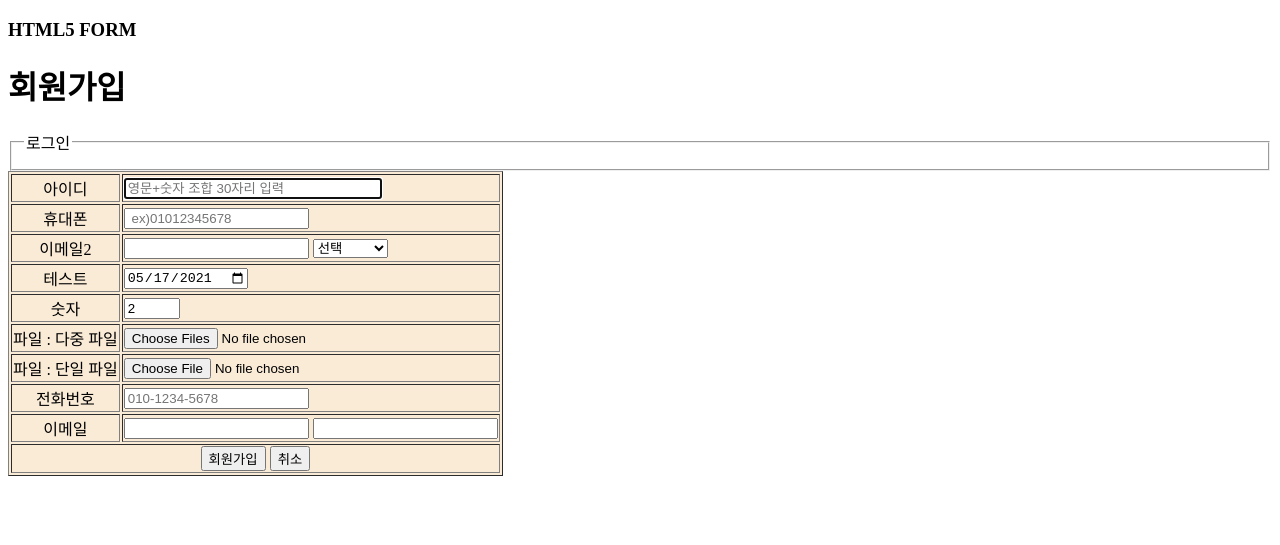
Repository: helloJunejun/WorkSpace_WebUi
Page: 0.3html5_form/src/main/webapp/sample_html5-1.html
An editor plug-in stored every save of this project. The page is shown before and after the next save, followed by the edit.
The browser window is 1280 px wide. The pictures show the whole page.

Above is the page before, as saved 2021-06-24 07:52:40.

### 0.3html5_form/src/main/webapp/sample_html5-1.html
<!DOCTYPE html PUBLIC "-//W3C//DTD HTML 4.01 Transitional//EN" "http://www.w3.org/TR/html4/loose.dtd">
<html>
<head>
<meta http-equiv="Content-Type" content="text/html; charset=UTF-8">
<title>HTML5 FORM 예제</title>
</head>
<body>
   <h3>HTML5 FORM</h3>

   <form action="" method="get">
      <h1>회원가입</h1>


      <table border="1" cellspacing="2px" cellpading="5px" bgcolor="AntiqueWhite">
            <form action = "result.html" method = "post">
            <fieldset>
                <legend>로그인</legend>
                     <!-- 아이디 -->

                     <tr>
                        <td align="center">아이디</td>
                        <td>
                           <input type = "text" name="memberId" autofocus="autofocus" "
                           placeholder="영문+숫자 조합 30자리 입력" style="width:250px"
                           pattern="[A-Za-z0-9]{6,30}">
                        </td>
                     </tr>


                     <tr>
                        <td align="center">휴대폰</td>
                        <td>
                           <input type = "password" name="mobile"  placeholder=" ex)01012345678">
                        </td>
                     </tr>

                       <tr>
                        <td align="center">이메일2</td>
                        <td>
                           <input type = "text" name="email2">

                           <select name = "selectEmail">
                              <option value = "none"> 선택 </option>
                              <option value = "@naver.com"> 네이버 </option>
                              <option value = "@gmail.com"> 구글 </option>
                              <option value = "@daum.net"> 다음 </option>
                              <option value = "userInput"> 직접 입력 </option>
                           </select>
                        </td>
                     </tr>

                     <tr>
                        <td align="center">테스트 </td>
                        <td>
                           <input type = "date" name="date" " value="2021-05-17" >
                        </td>
                     </tr>


                     <tr>
                        <td align="center">숫자 </td>
                        <td>
                           <input type = "number" name="date" value="2"  min="2" max="10" step="2">
                        </td>
                     </tr>

                     <tr>
                        <td align="center">파일 : 다중 파일</td>
                        <td>
                           <input type = "file" name="file"  multiple="multiple">
                        </td>
                     </tr>

                     <tr>
                        <td align="center">파일 : 단일 파일</td>
                        <td>
                           <input type = "file" name="file" >
                        </td>
                     </tr>

                     <tr>
                        <td align="center">전화번호</td>
                        <td>
                           <input type = "mobile" name="mobile"
                           placeholder="010-1234-5678" pattern="(010/02/031/051)-\d{3,4}-\d{4}">
                        </td>
                     </tr>

                     <tr>
                        <td align="center">이메일 </td>
                        <td>
                           <input type = "text" name="email1" >
                           <input type = "text" name="email2"  >
                        </td>
                     </tr>




                     <tr>
                        <td align="center" colspan="2" align="center">
                           <input type = "submit" value = "회원가입" >
                           <input type = "reset" value = "취소">
                        </td>
                     </tr>

                     </fieldset>
               </form>
         </table>




   </form>

</body>
</html>

After the next save:
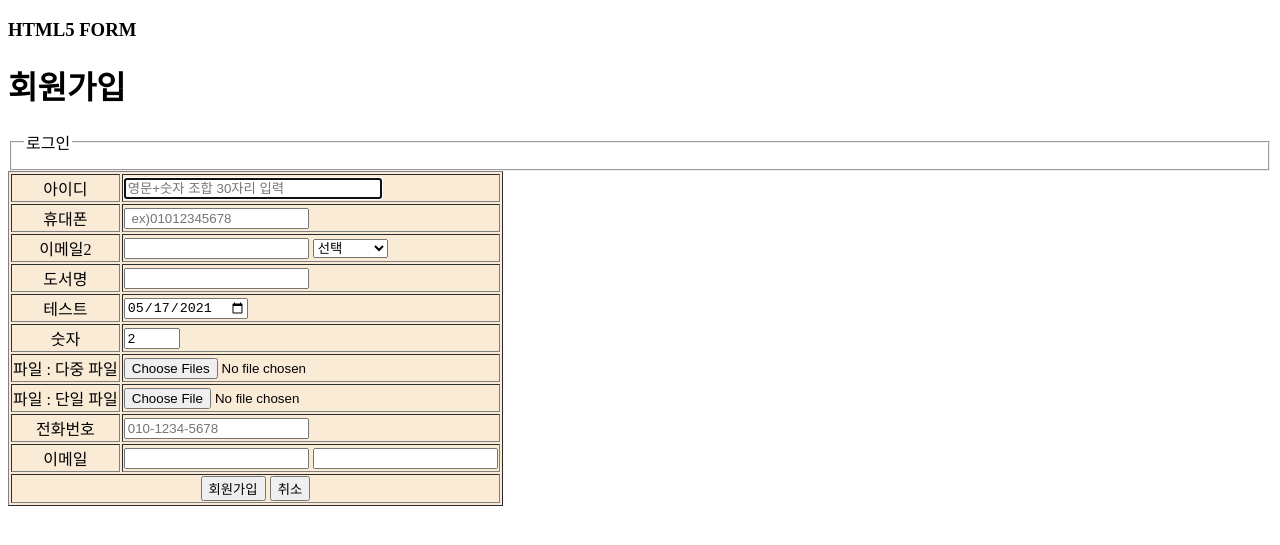
Saved 115 s later.
--- a/0.3html5_form/src/main/webapp/sample_html5-1.html
+++ b/0.3html5_form/src/main/webapp/sample_html5-1.html
@@ -47,6 +47,11 @@
                               <option value = "userInput"> 직접 입력 </option>
                            </select>
                         </td>
+                     </tr>
+
+                     <tr>
+                        <td align="center">도서명</td>
+                        <td><input type = "password" name="name"  required = "requirde" ></td>
                      </tr>
 
                      <tr>
